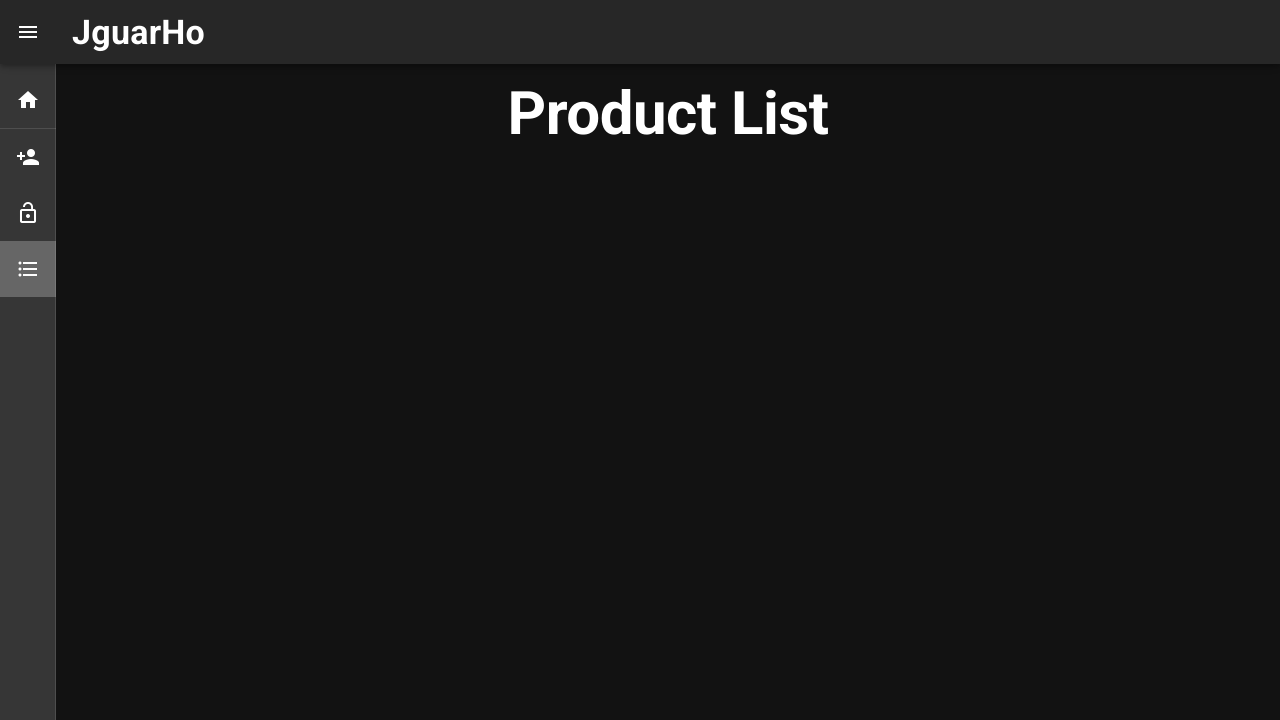
Repository: agent501/MRMS
Page: /products
These files come from the project's save history. The page is drawn as it stood at one moment and after the next save; the edit follows.
The browser window is 1280 px wide. The pictures show the whole page.
The page's requests for data from a server got no answer. The project was rebuilt for these pictures with package versions that can differ from the ones it lists, and the page was loaded fresh each time. No one was signed in, and anything a server would have sent is missing. Also part of the build but not shown: vue.config.js, src/components/Home.vue, src/components/Product/product.vue, src/components/Product/createproduct.vue, src/components/User/signin.vue, src/components/User/signup.vue, src/components/User/profile.vue, src/components/Shared/Alert.vue and 2 more. Imported but missing from the stored project, and not drawn on this page: src/router/auth-guard.js.

Above is the page before, as saved 2020-07-29 16:06:51.

### src/main.js
import Vue from 'vue';
import App from './App.vue';
import router from './router';
import { store } from './store';
import alert from './components/Shared/Alert.vue';
import vuetify from './plugins/vuetify';
import { fb } from './components/firebase/firebase.js';
import * as firebase from 'firebase';
import editproductdiaglog from './components/Product/Edit/editproductdialog.vue';
import editprogressbar from './components/Product/Edit/editprogressbar.vue';

Vue.component('app-alert', alert);
Vue.component('app-edit-product', editproductdiaglog);
Vue.component('app-edit-progress', editprogressbar);

Vue.config.productionTip = false;

new Vue({
  router,
  store,
  vuetify,
  render: (h) => h(App),
  created() {
    fb;
    firebase.auth().onAuthStateChanged((user) => {
      if (user) {
        this.$store.dispatch('autosignin', user);
      }
    });
    this.$store.dispatch('loadProducts');
  },
}).$mount('#app');

### src/App.vue
<template>
  <v-app>
    <v-navigation-drawer v-model="drawer" :mini-variant.sync="mini" app clipped dense permanent>
      <v-list>
        <v-list-item to="/">
          <v-list-item-icon>
            <v-icon medium>home</v-icon>
          </v-list-item-icon>

          <v-list-item-content>
            <v-list-item-title>Home</v-list-item-title>
          </v-list-item-content>
        </v-list-item>

        <v-divider></v-divider>
        <v-list-item v-for="item in menuItems" :key="item.title" router :to="item.link">
          <v-list-item-icon>
            <v-icon medium>{{ item.icon }}</v-icon>
          </v-list-item-icon>

          <v-list-item-content>
            <v-list-item-title>{{ item.text }}</v-list-item-title>
          </v-list-item-content>
        </v-list-item>
        <v-list-item v-if="userIsAuthenticated || adminIsAuthenticated" @click="onLogout">
          <v-list-item-icon>
            <v-icon>exit_to_app</v-icon>
          </v-list-item-icon>
          <v-list-item-content>Logout</v-list-item-content>
        </v-list-item>
      </v-list>
    </v-navigation-drawer>

    <v-app-bar app clipped-left>
      <v-app-bar-nav-icon @click.stop="mini=!mini"></v-app-bar-nav-icon>
      <v-toolbar-title class="font-weight-bold display-1">
        <router-link to="/" tag="span" style="cursor:pointer">JguarHo</router-link>
      </v-toolbar-title>
    </v-app-bar>

    <!-- Page Content -->
    <v-content>
      <router-view></router-view>
    </v-content>

    <!-- <v-footer>
      <span>JguarHo &copy; Copyright Reserved</span>
    </v-footer>-->
  </v-app>
</template>

<script>
// import HelloWorld from './components/HelloWorld';

export default {
  name: 'App',

  components: {
    // HelloWorld,
  },
  props: {
    source: String
  },
  data: () => ({
    mini: true,
    drawer: true
    // items: [
    //   { icon: 'lock_open', text: 'Sign In', link: '/signin' },
    //   { icon: 'home', text: 'Home', link: '/' },
    //   { icon: 'list', text: 'All Products', link: '/products' },
    //   { icon: 'help_outline', text: 'About Us', link: '' }
    // ]
  }),
  computed: {
    menuItems() {
      let items = [
        { icon: 'person_add', text: 'Sign Up', link: '/signup' },
        { icon: 'lock_open', text: 'Sign In', link: '/signin' },

        {
          icon: 'format_list_bulleted',
          text: 'All Products',
          link: '/products'
        }
        // { icon: 'person', text: 'About Us', link: '' }
      ];
      if (this.adminIsAuthenticated) {
        items = [
          {
            icon: 'create_new_folder',
            text: 'Create Product',
            link: '/createproduct'
          },
          {
            icon: 'format_list_bulleted',
            text: 'All Products',
            link: '/products'
          },
          {
            icon: 'person',
            text: 'Profile',
            link: '/profile/' + this.adminIsAuthenticated.id
          }
        ];
      } else if (this.userIsAuthenticated) {
        items = [
          {
            icon: 'format_list_bulleted',
            text: 'All Products',
            link: '/products'
          },
          {
            icon: 'person',
            text: 'Profile',
            link: '/profile/' + this.userIsAuthenticated.id
          }
        ];
      }
      return items;
    },
    adminIsAuthenticated() {
      return (
        this.$store.getters.user !== null &&
        this.$store.getters.user !== undefined &&
        this.$store.getters.user.id === 'ktQMfIIbLQRTlySJDVzU9JbCF293' &&
        this.$store.getters.user
      );
    },
    userIsAuthenticated() {
      return (
        this.$store.getters.user !== null &&
        this.$store.getters.user !== undefined &&
        this.$store.getters.user
      );
    }
  },
  created() {
    this.$vuetify.theme.dark = true;
  },
  methods: {
    onLogout() {
      this.$store.dispatch('logout');
      this.$router.push('/');
    }
  }
};
</script>

### src/router/index.js
import Vue from 'vue';
import VueRouter from 'vue-router';
import home from '../components/Home.vue';
import products from '../components/Product/products.vue';
import product from '../components/Product/product.vue';
import createproduct from '../components/Product/createproduct.vue';
import signin from '../components/User/signin.vue';
import signup from '../components/User/signup.vue';
import profile from '../components/User/profile.vue';
import AuthGuard from '../router/auth-guard.js';

Vue.use(VueRouter);

export default new VueRouter({
  mode: 'history',
  routes: [
    { path: '/', name: 'home', component: home },
    { path: '/products', name: 'products', component: products },
    {
      path: '/createproduct',
      name: 'createproduct',
      component: createproduct,
      beforeEnter: AuthGuard,
    },
    { path: '/signin', name: 'signin', component: signin },
    { path: '/signup', name: 'signup', component: signup },
    {
      path: '/profile/:id',
      name: 'profile',
      component: profile,
      beforeEnter: AuthGuard,
    },
    {
      path: '/products/:id',
      name: 'product',
      props: true,
      component: product,
    },
  ],
});

### src/store/index.js
import Vue from 'vue';
import Vuex from 'vuex';

import product from './product';
import user from './user';
import shared from './shared';

Vue.use(Vuex);

export const store = new Vuex.Store({
  modules: {
    product: product,
    user: user,
    shared: shared,
  },
});

### src/plugins/vuetify.js
import Vue from 'vue';
import Vuetify from 'vuetify/lib';
import '@mdi/font/css/materialdesignicons.css'; //
import 'material-design-icons-iconfont/dist/material-design-icons.css';

Vue.use(Vuetify);

export default new Vuetify({
  icons: {
    iconfont: 'mdi',
  },
});

### src/components/firebase/firebase.js
import firebase from 'firebase/app';
import 'firebase/firestore';
import 'firebase/storage';

var firebaseConfig = {
  apiKey: 'AIzaSyBJdvJyA-ac-dO3JYy-4WKY7wIkma-Y1fI',
  authDomain: 'mrms-2ae69.firebaseapp.com',
  databaseURL: 'https://mrms-2ae69.firebaseio.com',
  projectId: 'mrms-2ae69',
  storageBucket: 'mrms-2ae69.appspot.com',
  messagingSenderId: '287673096935',
  appId: '1:287673096935:web:7f7f75dea0b5657353e042',
  measurementId: 'G-EKPLN37GXX',
};

export const fb = firebase.initializeApp(firebaseConfig);

### src/components/Product/products.vue
<template>
  <v-container>
    <p class="pa-2 display-3 font-weight-bold text-md-center text-sm-left">Product List</p>
    <v-layout row wrap justify-center>
      <v-col cols="12" md="4" v-for="product in products" :key="product.id">
        <v-card
          shaped
          class="mx-auto"
          width="500"
          min-height="300"
          style="padding:10px;margin:10px"
        >
          <v-img :src="product.productimage[0]" height="300"></v-img>

          <v-card-title>{{ product.name }}</v-card-title>

          <v-card-actions>
            <v-btn text :to="'/products/' + product.id" class="white black--text" raised>Learn More</v-btn>
          </v-card-actions>
        </v-card>
      </v-col>
    </v-layout>
  </v-container>
</template>

<script>
export default {
  data() {
    return {
      name: '',
      description: '',
      investmentperunit: '',
      earningperunit: '',
      productimage: [],
      imageurl: []
    };
  },
  computed: {
    products() {
      return this.$store.getters.loadedProducts;
    }
  },
  created() {
    console.log(this.products);
  }
};
</script>

### src/store/product/index.js
import * as firebase from 'firebase';

export default {
  state: {
    loadedProducts: [],
  },
  mutations: {
    createProduct(state, payload) {
      state.loadedProducts.push(payload);
    },
    setLoadedProducts(state, payload) {
      state.loadedProducts = payload;
    },
    updateProduct(state, payload) {
      const product = state.loadedProducts.find((product) => {
        return product.id === payload.id;
      });
      if (payload.name) {
        product.name = payload.name;
      }
      if (payload.description) {
        product.description = payload.description;
      }
      if (payload.earningperunit) {
        product.earningperunit = payload.earningperunit;
      }
      if (payload.investmentperunit) {
        product.investmentperunit = payload.investmentperunit;
      }
    },
    updateProgress(state, payload) {
      const product = state.loadedProducts.find((product) => {
        return product.id === payload.id;
      });
      if (payload.productprogressbar) {
        product.productprogressbar = payload.productprogressbar;
      }
    },
    deleteProduct(state, payload) {
      const registeredProducts = state.loadedProducts;
      registeredProducts.splice(
        registeredProducts.findIndex((product) => product.id === payload),
        1
      );
      // Reflect.deleteProperty(state.user.fbKeys,payload)
    },
  },
  actions: {
    loadProducts({ commit }) {
      commit('setLoading', true);
      firebase
        .database()
        .ref('products')
        .once('value')
        .then((data) => {
          const products = [];
          const obj = data.val();
          for (let key in obj) {
            products.push({
              id: key,
              name: obj[key].name,
              description: obj[key].description,
              investmentperunit: obj[key].investmentperunit,
              earningperunit: obj[key].earningperunit,
              creatorId: obj[key].creatorId,
              productimage: obj[key].productimage,
              productprogressbar: obj[key].productprogressbar,
              featureimage: obj[key].productimage[0],
            });
          }
          commit('setLoadedProducts', products);
          commit('setLoading', false);
        })
        .catch((error) => {
          console.log(error);
          commit('setLoading', true);
        });
    },
    deleteProduct({ commit }, payload) {
      const productId = payload;
      console.log(productId);
      firebase
        .database()
        .ref('products')
        .child(productId)
        .remove()
        .then(function () {
          // File deleted successfully

          console.log('success');
        })
        .catch(function (error) {
          // Uh-oh, an error occurred!
          console.log(error);
        });
      commit('deleteProduct', payload);
    },
    createProduct({ commit, getters }, payload) {
      const product = {
        name: payload.name,
        description: payload.description,
        investmentperunit: payload.investmentperunit,
        earningperunit: payload.earningperunit,
        productimage: payload.productimage,
        productprogressbar: payload.productprogressbar,
        creatorId: getters.user.id,
      };
      let key;
      firebase
        .database()
        .ref('products')
        .push(product)
        .then((data) => {
          //specific product id
          key = data.key;
          commit('createProduct', { ...product, id: key });
          // return key
        });
    },
    updateproductdata({ commit }, payload) {
      commit('loading', true);
      const updateObj = {};
      if (payload.name) {
        updateObj.name = payload.name;
      }
      if (payload.desscription) {
        updateObj.description = payload.desscription;
      }
      if (payload.earningperunit) {
        updateObj.earningperunit = payload.earningperunit;
      }
      if (payload.investmentperunit) {
        updateObj.investmentperunit = payload.investmentperunit;
      }
      firebase
        .database()
        .ref('products')
        .child(payload.id)
        .update(updateObj)
        .then(() => {
          commit('setLoading', false);
          commit('updateProduct', payload);
        })
        .catch((error) => {
          console.log(error);
          commit('setLoading', false);
        });
    },
    updateprogressdata({ commit }, payload) {
      commit('loading', true);
      const updateObj = {};
      if (payload.productprogressbar) {
        updateObj.productprogressbar = payload.productprogressbar;
      }

      firebase
        .database()
        .ref('products')
        .child(payload.id)
        .update(updateObj)
        .then(() => {
          commit('setLoading', false);
          commit('updateProgress', payload);
        })
        .catch((error) => {
          console.log(error);
          commit('setLoading', false);
        });
    },
  },
  getters: {
    loadedProducts(state) {
      return state.loadedProducts.sort((productA, productB) => {
        return productA.date > productB.date;
      });
    },
    featuredProducts(state, getters) {
      return getters.loadedProducts.slice(0, 5);
    },
    loadedProduct(state) {
      return (productId) => {
        return state.loadedProducts.find((product) => {
          return product.id === productId;
        });
      };
    },
  },
  modules: {},
};

### src/store/user/index.js
import * as firebase from 'firebase';

export default {
  state: {
    user: null,
    profile: [],
  },
  mutations: {
    setUser(state, payload) {
      state.user = payload;
    },
    setLoadedProfile(state, payload) {
      state.profile = payload;
    },
    updateProfile(state, payload) {
      const profile = state.profile;

      if (payload.name) {
        profile.name = payload.name;
      }
      if (payload.email) {
        profile.email = payload.email;
      }
      if (payload.icnumber) {
        profile.icnumber = payload.icnumber;
      }
      if (payload.phonenumber) {
        profile.phonenumber = payload.phonenumber;
      }
      if (payload.ssmimage) {
        profile.ssmimage = payload.ssmimage;
      }
    },
  },
  actions: {
    signUp({ commit }, payload) {
      // perform the mutation set loading because no matter user success sign up or not it will always display loading
      commit('setLoading', true);
      commit('clearError');
      firebase
        .auth()
        // passing the email and password fetch from the signup page and send to the firebasenpm
        .createUserWithEmailAndPassword(payload.email, payload.password)
        //if success, get the unique id from the firebase and set it on the format that is same as state
        .then((response) => {
          // set loading in the state back to false because is already succeed
          commit('setLoading', false);

          const newUser = {
            userid: response.user.uid,
            registeredProducts: [],
            fbKeys: {},
            email: payload.email,
            phonenumber: payload.phonenumber,
            icnumber: payload.icnumber,
            name: payload.name,
            ssmimage: payload.image,
          };
          let key;
          firebase
            .database()
            .ref('profiles')
            .push(newUser)
            .then((data) => {
              //specific product id
              key = data.userid;
              commit('createProfile', { ...newUser, id: key });
              // return key
            });

          commit('setUser', newUser);
        })
        // if got error
        .catch((error) => {
          // set loading in the state back to false because there's a error occur
          commit('setLoading', false);
          // perform the mutation of setError to display the error
          commit('setError', error);
          console.log(error);
        });
    },
    logIn({ commit }, payload) {
      // perform the mutation set loading because no matter user success sign in or not it will always display loading
      commit('setLoading', true);
      commit('clearError');
      firebase
        .auth()
        // sending the user email and password to the firebase for matchmaking in order to login
        .signInWithEmailAndPassword(payload.email, payload.password)
        .then((response) => {
          // set loading in the state back to false because is already succeed
          commit('setLoading', false);

          const newUser = {
            id: response.user.uid,
            registeredProducts: [],
            fbKeys: {},
          };

          firebase
            .database()
            .ref('profiles')
            .orderByChild('userid')
            .equalTo(newUser.id)
            .once('value')
            .then((data) => {
              const profile = [];
              const obj = data.val();
              for (let key in obj) {
                profile.push({
                  id: key,
                  name: obj[key].name,
                  email: obj[key].email,
                  icnumber: obj[key].icnumber,
                  phonenumber: obj[key].phonenumber,
                  userid: obj[key].userid,
                  ssmimage: obj[key].ssmimage,
                });
              }
              console.log(profile);
              commit('setLoadedProfile', profile);

              commit('setLoading', false);
            })
            .catch((error) => {
              console.log(error);
              commit('setLoading', true);
            });

          commit('setUser', newUser);
        }) // if got error
        .catch((error) => {
          // set loading in the state back to false because there's a error occur
          commit('setLoading', false);
          // perform the mutation of setError to display the error
          commit('setError', error);
          console.log(error);
        });
    },
    autosignin({ commit }, payload) {
      commit('setUser', { id: payload.uid, registeredProducts: [] });
    },
    logout({ commit }) {
      firebase.auth().signOut();
      commit('setUser', null);
    },
    updatePassword(payload) {
      var user = firebase.auth().currentUser;
      var updatepassword = payload.newpassword;
      var credential = firebase.auth.EmailAuthProvider.credential(
        payload.email,
        payload.currentpassword
      );

      user
        .reauthenticate(credential)
        .then(() => {
          user
            .updatePassword(updatepassword)
            .then(() => {
              this.dialog = true;
              console.log('update complete');
              if (this.dialog === false) {
                this.$router.push('/');
              }
            })
            .catch((error) => {
              console.log(error);
            });
        })
        .catch((error) => {
          console.log(error);
        });
    },
    updateProfileData({ commit }, payload) {
      commit('loading', true);
      const updateObj = {};
      if (payload.name) {
        updateObj.name = payload.name;
      }
      if (payload.email) {
        updateObj.email = payload.email;
      }
      if (payload.icnumber) {
        updateObj.icnumber = payload.icnumber;
      }
      if (payload.phonenumber) {
        updateObj.phonenumber = payload.phonenumber;
      }
      if (payload.ssmimage) {
        updateObj.ssmimage = payload.ssmimage;
      }
      firebase
        .database()
        .ref('profiles')
        .child(payload.id)
        .update(updateObj)
        .then(() => {
          commit('setLoading', false);
          commit('updateProfile', payload);
        })
        .catch((error) => {
          console.log(error);
          commit('setLoading', false);
        });
    },
  },
  getters: {
    user(state) {
      return state.user;
    },
  },
};

### src/store/shared/index.js
export default {
  state: {
    loading: false,
    error: null,
  },
  mutations: {
    setLoading(state, payload) {
      state.loading = payload;
    },
    // change the of status error in state
    setError(state, payload) {
      state.error = payload;
    },
    // change the status of error back to null
    clearError(state) {
      state.error = null;
    },
  },
  actions: {
    clearError({ commit }) {
      commit('clearError');
    },
  },
  getters: {
    error(state) {
      return state.error;
    },
    loading(state) {
      return state.loading;
    },
  },
};

Loaded but not shown: public/index.html (common file)

After the next save:
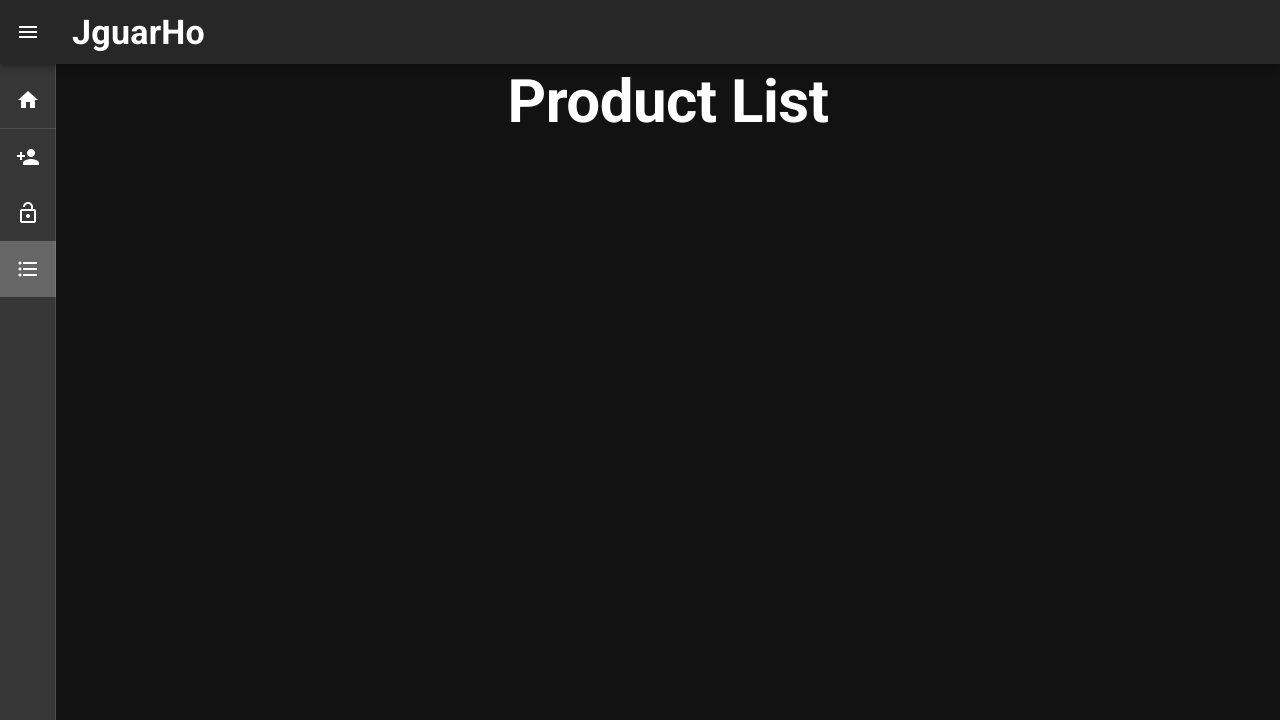
Saved 6 min 42 s later.
--- a/src/components/Product/products.vue
+++ b/src/components/Product/products.vue
@@ -1,5 +1,5 @@
 <template>
-  <v-container>
+  <div>
     <p class="pa-2 display-3 font-weight-bold text-md-center text-sm-left">Product List</p>
     <v-layout row wrap justify-center>
       <v-col cols="12" md="4" v-for="product in products" :key="product.id">
@@ -20,7 +20,7 @@
         </v-card>
       </v-col>
     </v-layout>
-  </v-container>
+  </div>
 </template>
 
 <script>
@@ -32,16 +32,16 @@ export default {
       investmentperunit: '',
       earningperunit: '',
       productimage: [],
-      imageurl: []
+      imageurl: [],
     };
   },
   computed: {
     products() {
       return this.$store.getters.loadedProducts;
-    }
+    },
   },
   created() {
     console.log(this.products);
-  }
+  },
 };
 </script>
